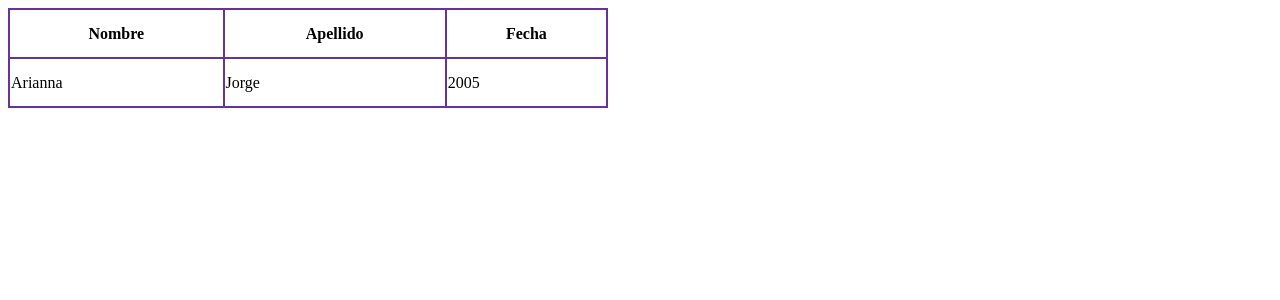
Repository: Arito05/Mi-primer-Repositorio
Page: dia2/intex3.html
An editor plug-in stored every save of this project. The page is shown before and after a run of saves, followed by the edit.
The browser window is 1280 px wide. The pictures show the whole page.

Above is the page before, as saved 2024-07-18 14:37:36.

After the next 8 saves:
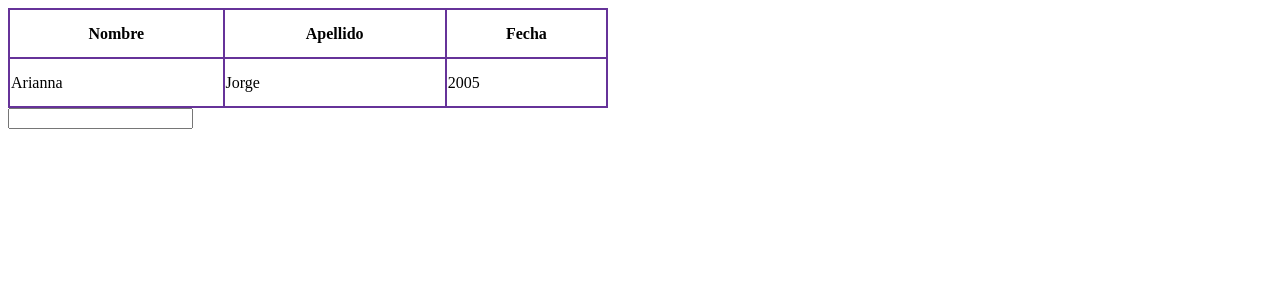
The 8 saves are shown as one change because they came seconds apart.
The last was saved 2 h 6 min later.
--- a/dia2/intex3.html
+++ b/dia2/intex3.html
@@ -26,5 +26,6 @@
         <td>2005</td>
       </tr>
     </table>
+    <input type="">
   </body>
 </html>
